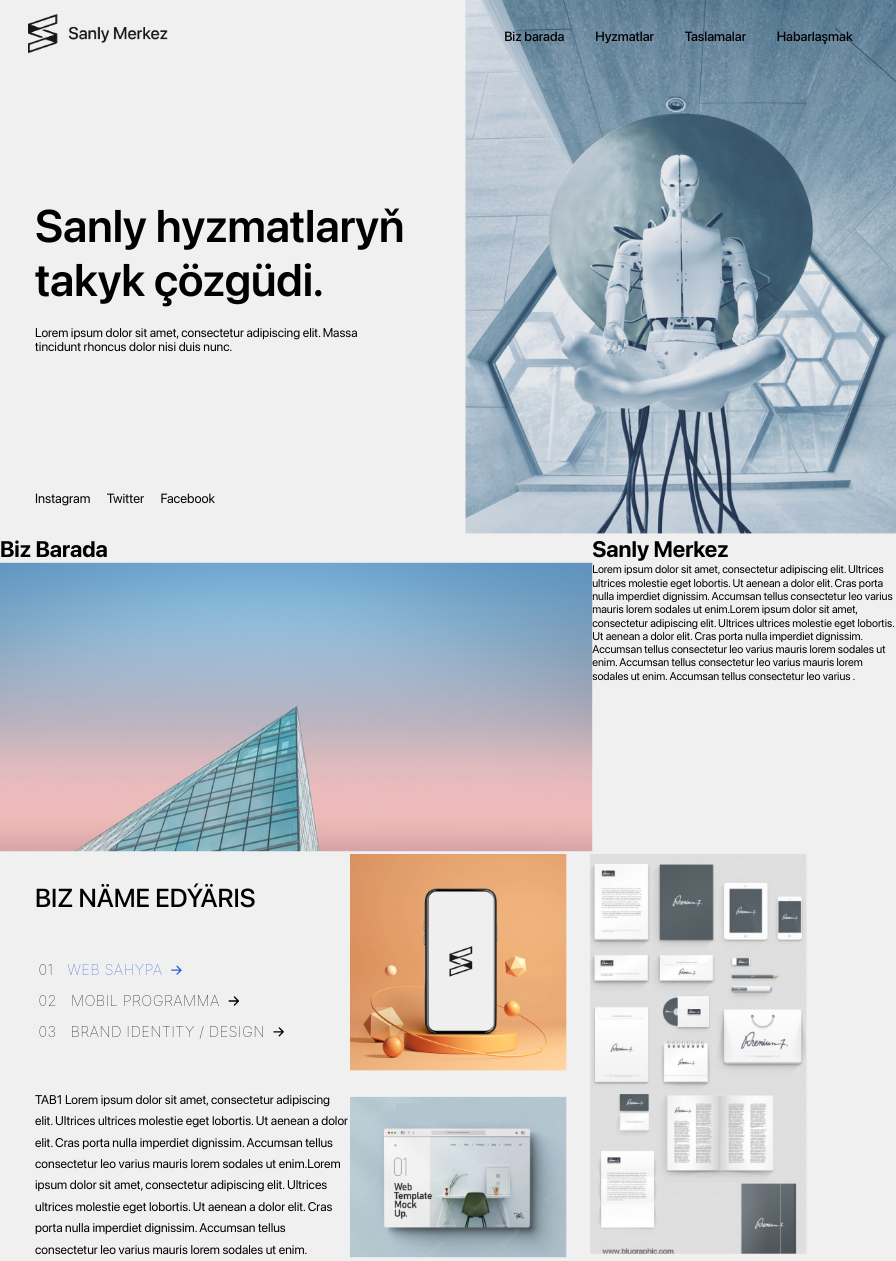
Repository: Meylis7/Sanly-Merkez-Web
Page: main.html
An editor plug-in stored every save of this project. The page is shown before and after the next save, followed by the edit.
The browser window is 1280 px wide. The pictures show the whole page, at 70% of full size.
Some web fonts or font styles are not loaded; a fallback is used.

Above is the page before, as saved 2022-04-29 16:27:33.

### main.html
<!DOCTYPE html>
<html lang="en" dir="ltr">
  <head>
    <meta charset="utf-8">
    <meta name="viewport" content="width=device-width, initial-scale=1.0">
    <title>Sanly merkez</title>
    <link rel="stylesheet" href="./css/main.css">
  </head>
  <body>
    <div class="main-container">
      <div class="header-container">
        <header>
          <a href="#" class="brand"><img src="/assets/logo.png" alt=""></a>
          <div class="menu">
            <div class="btn">
                <svg class="close-btn" xmlns="http://www.w3.org/2000/svg" aria-hidden="true" role="img" width="1em" height="1em" preserveAspectRatio="xMidYMid meet" viewBox="0 0 20 20"><path fill="currentColor" fill-rule="evenodd" d="M4.293 4.293a1 1 0 0 1 1.414 0L10 8.586l4.293-4.293a1 1 0 1 1 1.414 1.414L11.414 10l4.293 4.293a1 1 0 0 1-1.414 1.414L10 11.414l-4.293 4.293a1 1 0 0 1-1.414-1.414L8.586 10L4.293 5.707a1 1 0 0 1 0-1.414Z" clip-rule="evenodd"/></svg>
            </div>
            <a href="#">Biz barada</a>
            <a href="#">Hyzmatlar</a>
            <a href="#">Taslamalar</a>
            <a href="#">Habarlaşmak</a>
          </div>
          <div class="btn">
            <svg class="menu-btn" xmlns="http://www.w3.org/2000/svg" aria-hidden="true" role="img" width="1em" height="1em" preserveAspectRatio="xMidYMid meet" viewBox="0 0 20 20"><path fill="currentColor" fill-rule="evenodd" d="M3 5a1 1 0 0 1 1-1h12a1 1 0 1 1 0 2H4a1 1 0 0 1-1-1Zm0 5a1 1 0 0 1 1-1h12a1 1 0 1 1 0 2H4a1 1 0 0 1-1-1Zm6 5a1 1 0 0 1 1-1h6a1 1 0 1 1 0 2h-6a1 1 0 0 1-1-1Z" clip-rule="evenodd"/></svg>
          </div>
        </header>
      </div>

      <div class="home-section">
        <div class="home-container">
          <div class="home-left-content">
            <div class="home-slogan">
              <p class="slogan">Sanly hyzmatlaryň <br>
                takyk çözgüdi.</p>
                <p class="slogan-text">Lorem ipsum dolor sit amet, consectetur adipiscing elit. Massa <br> tincidunt rhoncus dolor nisi duis nunc.</p>
            </div>
            <div class="home-social-links">
              <a href="#">Instagram</a>
              <a href="#">Twitter</a>
              <a href="#">Facebook</a>
            </div>
          </div>
          <div class="home-right-content">
            <img src="./assets/mainphoto.png" alt="">
          </div>
        </div>
      </div>
      <div class="about-section">
        <div class="about-container">
          <div class="about-photo-content">
            <h1>Biz Barada</h1>
            <img src="/assets/about.png" alt="">
          </div>
          <div class="about-text-container">
            <h1>Sanly Merkez</h1>
            <p>Lorem ipsum dolor sit amet, consectetur adipiscing elit. Ultrices ultrices molestie eget lobortis. Ut aenean a dolor elit. Cras porta nulla imperdiet dignissim. Accumsan tellus consectetur leo varius mauris lorem sodales ut enim.Lorem ipsum dolor sit amet, consectetur adipiscing elit. Ultrices ultrices molestie eget lobortis. Ut aenean a dolor elit. Cras porta nulla imperdiet dignissim. Accumsan tellus consectetur leo varius mauris lorem sodales ut enim. Accumsan tellus consectetur leo varius mauris lorem sodales ut enim. Accumsan tellus consectetur leo varius .</p>
          </div>
        </div>
      </div>
      <div class="wwd-section">
        <div class="wwd-conteiner">
          <div class="tabs">
            <h1>Biz näme edýäris</h1>
            <div class="tabs__head">
              <div class="tabs__toggle is-active">
                <span class="tabs__name"><span class="tabsnumber">01</span>Web sahypa <svg xmlns="http://www.w3.org/2000/svg" aria-hidden="true" role="img" width="1em" height="1em" preserveAspectRatio="xMidYMid meet" viewBox="0 0 16 16"><path fill="currentColor" fill-rule="evenodd" d="M4 8a.5.5 0 0 1 .5-.5h5.793L8.146 5.354a.5.5 0 1 1 .708-.708l3 3a.5.5 0 0 1 0 .708l-3 3a.5.5 0 0 1-.708-.708L10.293 8.5H4.5A.5.5 0 0 1 4 8z"/></svg></span>
              </div>
              <div class="tabs__toggle">
                <span class="tabs__name"><span class="tabsnumber">02</span>Mobil programma <svg xmlns="http://www.w3.org/2000/svg" aria-hidden="true" role="img" width="1em" height="1em" preserveAspectRatio="xMidYMid meet" viewBox="0 0 16 16"><path fill="currentColor" fill-rule="evenodd" d="M4 8a.5.5 0 0 1 .5-.5h5.793L8.146 5.354a.5.5 0 1 1 .708-.708l3 3a.5.5 0 0 1 0 .708l-3 3a.5.5 0 0 1-.708-.708L10.293 8.5H4.5A.5.5 0 0 1 4 8z"/></svg></span>
              </div>
              <div class="tabs__toggle">
                <span class="tabs__name"><span class="tabsnumber">03</span>Brand identity / Design <svg xmlns="http://www.w3.org/2000/svg" aria-hidden="true" role="img" width="1em" height="1em" preserveAspectRatio="xMidYMid meet" viewBox="0 0 16 16"><path fill="currentColor" fill-rule="evenodd" d="M4 8a.5.5 0 0 1 .5-.5h5.793L8.146 5.354a.5.5 0 1 1 .708-.708l3 3a.5.5 0 0 1 0 .708l-3 3a.5.5 0 0 1-.708-.708L10.293 8.5H4.5A.5.5 0 0 1 4 8z"/></svg></span>
              </div>
            </div>
            <div class="tabs__body">
              <div class="tabs__content is-active">
                <p class="tabs__text">TAB1 Lorem ipsum dolor sit amet, consectetur adipiscing elit. Ultrices ultrices molestie eget lobortis. Ut aenean a dolor elit. Cras porta nulla imperdiet dignissim. Accumsan tellus consectetur leo varius mauris lorem sodales ut enim.Lorem ipsum dolor sit amet, consectetur adipiscing elit. Ultrices ultrices molestie eget lobortis. Ut aenean a dolor elit. Cras porta nulla imperdiet dignissim. Accumsan tellus consectetur leo varius mauris lorem sodales ut enim.</p>
              </div>
              <div class="tabs__content">
                <p class="tabs__text">TAB2 Lorem ipsum dolor sit amet, consectetur adipiscing elit. Ultrices ultrices molestie eget lobortis. Ut aenean a dolor elit. Cras porta nulla imperdiet dignissim. Accumsan tellus consectetur leo varius mauris lorem sodales ut enim.Lorem ipsum dolor sit amet, consectetur adipiscing elit. Ultrices ultrices molestie eget lobortis. Ut aenean a dolor elit. Cras porta nulla imperdiet dignissim. Accumsan tellus consectetur leo varius mauris lorem sodales ut enim.</p>
              </div>
              <div class="tabs__content">
                <p class="tabs__text">TAB3 Lorem ipsum dolor sit amet, consectetur adipiscing elit. Ultrices ultrices molestie eget lobortis. Ut aenean a dolor elit. Cras porta nulla imperdiet dignissim. Accumsan tellus consectetur leo varius mauris lorem sodales ut enim.Lorem ipsum dolor sit amet, consectetur adipiscing elit. Ultrices ultrices molestie eget lobortis. Ut aenean a dolor elit. Cras porta nulla imperdiet dignissim. Accumsan tellus consectetur leo varius mauris lorem sodales ut enim.</p>
              </div>
            </div>
          </div>
          <div class="wwd-photo-content">
            <div class="left-photo-content">
              <div class="first-photo">
                <img src="/assets/appphoto.png" alt="">
              </div>
              <div class="second-photo">
                <img src="/assets/websitephoto.png" alt="">
              </div>
            </div>
            <div class="right-photo-content">
              <img src="/assets/brandingphoto.png" alt="">
            </div>
          </div>
        </div>
      </div>

    </div>



    <script type="text/javascript">
    //javascript for navigation bar effect on scroll
    window.addEventListener("scroll", function(){
      var header = document.querySelector("header");
      header.classList.toggle('sticky', window.scrollY > 0);
    });

    //javascript for responsive navigation sidebar menu
    var menu = document.querySelector('.menu');
    var menuBtn = document.querySelector('.menu-btn');
    var closeBtn = document.querySelector('.close-btn');

    menuBtn.addEventListener("click", () => {
      menu.classList.add('active');
    });

    closeBtn.addEventListener("click", () => {
      menu.classList.remove('active');
    });
    </script>
    <script src="./js/nav.js"></script>

  </body>
</html>

### css/main.css

@font-face {
  font-family: 'SF Pro Display';
  src: url('../SFProDisplay-Medium.eot');
  src: local('../SF Pro Display Medium'), local('SFProDisplay-Medium'),
      url('../SFProDisplay-Medium.eot?#iefix') format('embedded-opentype'),
      url('../SFProDisplay-Medium.woff2') format('woff2'),
      url('../SFProDisplay-Medium.woff') format('woff'),
      url('../SFProDisplay-Medium.ttf') format('truetype');
  font-weight: 500;
  font-style: normal;
}

@font-face {
  font-family: 'SF Pro Display';
  src: url('../SFProDisplay-Heavy.eot');
  src: local('../SF Pro Display Heavy'), local('SFProDisplay-Heavy'),
      url('../SFProDisplay-Heavy.eot?#iefix') format('embedded-opentype'),
      url('../SFProDisplay-Heavy.woff2') format('woff2'),
      url('../SFProDisplay-Heavy.woff') format('woff'),
      url('../SFProDisplay-Heavy.ttf') format('truetype');
  font-weight: 900;
  font-style: normal;
}

@font-face {
  font-family: 'SF Pro Display';
  src: url('../SFProDisplay-UltralightItalic.eot');
  src: local('../SF Pro Display UltralightItalic'), local('SFProDisplay-UltralightItalic'),
      url('../SFProDisplay-UltralightItalic.eot?#iefix') format('embedded-opentype'),
      url('../SFProDisplay-UltralightItalic.woff2') format('woff2'),
      url('../SFProDisplay-UltralightItalic.woff') format('woff'),
      url('../SFProDisplay-UltralightItalic.ttf') format('truetype');
  font-weight: 200;
  font-style: italic;
}

@font-face {
  font-family: 'SF Pro Display';
  src: url('../SFProDisplay-RegularItalic.eot');
  src: local('../SF Pro Display Regular Italic'), local('SFProDisplay-RegularItalic'),
      url('../SFProDisplay-RegularItalic.eot?#iefix') format('embedded-opentype'),
      url('vSFProDisplay-RegularItalic.woff2') format('woff2'),
      url('../SFProDisplay-RegularItalic.woff') format('woff'),
      url('../SFProDisplay-RegularItalic.ttf') format('truetype');
  font-weight: normal;
  font-style: italic;
}

@font-face {
  font-family: 'SF Pro Display';
  src: url('../SFProDisplay-Thin.eot');
  src: local('../SF Pro Display Thin'), local('SFProDisplay-Thin'),
      url('../SFProDisplay-Thin.eot?#iefix') format('embedded-opentype'),
      url('../SFProDisplay-Thin.woff2') format('woff2'),
      url('../SFProDisplay-Thin.woff') format('woff'),
      url('../SFProDisplay-Thin.ttf') format('truetype');
  font-weight: 100;
  font-style: normal;
}

@font-face {
  font-family: 'SF Pro Display';
  src: url('../SFProDisplay-Light.eot');
  src: local('../SF Pro Display Light'), local('SFProDisplay-Light'),
      url('../SFProDisplay-Light.eot?#iefix') format('embedded-opentype'),
      url('../SFProDisplay-Light.woff2') format('woff2'),
      url('../SFProDisplay-Light.woff') format('woff'),
      url('../SFProDisplay-Light.ttf') format('truetype');
  font-weight: 200;
  font-style: normal;
}

@font-face {
  font-family: 'SF Pro Display';
  src: url('../SFProDisplay-BlackItalic.eot');
  src: local('../SF Pro Display Black Italic'), local('SFProDisplay-BlackItalic'),
      url('../SFProDisplay-BlackItalic.eot?#iefix') format('embedded-opentype'),
      url('../SFProDisplay-BlackItalic.woff2') format('woff2'),
      url('../SFProDisplay-BlackItalic.woff') format('woff'),
      url('../SFProDisplay-BlackItalic.ttf') format('truetype');
  font-weight: 900;
  font-style: italic;
}

@font-face {
  font-family: 'SF Pro Display';
  src: url('../SFProDisplay-Bold.eot');
  src: local('../SF Pro Display Bold'), local('SFProDisplay-Bold'),
      url('../SFProDisplay-Bold.eot?#iefix') format('embedded-opentype'),
      url('../SFProDisplay-Bold.woff2') format('woff2'),
      url('../SFProDisplay-Bold.woff') format('woff'),
      url('../SFProDisplay-Bold.ttf') format('truetype');
  font-weight: bold;
  font-style: normal;
}

@font-face {
  font-family: 'SF Pro Display';
  src: url('../SFProDisplay-Black.eot');
  src: local('../SF Pro Display Black'), local('SFProDisplay-Black'),
      url('../SFProDisplay-Black.eot?#iefix') format('embedded-opentype'),
      url('../SFProDisplay-Black.woff2') format('woff2'),
      url('../SFProDisplay-Black.woff') format('woff'),
      url('../SFProDisplay-Black.ttf') format('truetype');
  font-weight: 900;
  font-style: normal;
}

@font-face {
  font-family: 'SF Pro Display';
  src: url('../SFProDisplay-SemiboldItalic.eot');
  src: local('../SF Pro Display SemiboldItalic'), local('SFProDisplay-SemiboldItalic'),
      url('../SFProDisplay-SemiboldItalic.eot?#iefix') format('embedded-opentype'),
      url('../SFProDisplay-SemiboldItalic.woff2') format('woff2'),
      url('../SFProDisplay-SemiboldItalic.woff') format('woff'),
      url('../SFProDisplay-SemiboldItalic.ttf') format('truetype');
  font-weight: 600;
  font-style: italic;
}

@font-face {
  font-family: 'SF Pro Display';
  src: url('../SFProDisplay-Ultralight.eot');
  src: local('../SF Pro Display Ultralight'), local('SFProDisplay-Ultralight'),
      url('../SFProDisplay-Ultralight.eot?#iefix') format('embedded-opentype'),
      url('../SFProDisplay-Ultralight.woff2') format('woff2'),
      url('../SFProDisplay-Ultralight.woff') format('woff'),
      url('../SFProDisplay-Ultralight.ttf') format('truetype');
  font-weight: 200;
  font-style: normal;
}

@font-face {
  font-family: 'SF Pro Display';
  src: url('../SFProDisplay-LightItalic.eot');
  src: local('../SF Pro Display LightItalic'), local('SFProDisplay-LightItalic'),
      url('../SFProDisplay-LightItalic.eot?#iefix') format('embedded-opentype'),
      url('../SFProDisplay-LightItalic.woff2') format('woff2'),
      url('../SFProDisplay-LightItalic.woff') format('woff'),
      url('../SFProDisplay-LightItalic.ttf') format('truetype');
  font-weight: 200;
  font-style: italic;
}

@font-face {
  font-family: 'SF Pro Display';
  src: url('../SFProDisplay-ThinItalic.eot');
  src: local('../SF Pro Display ThinItalic'), local('SFProDisplay-ThinItalic'),
      url('../SFProDisplay-ThinItalic.eot?#iefix') format('embedded-opentype'),
      url('../SFProDisplay-ThinItalic.woff2') format('woff2'),
      url('../SFProDisplay-ThinItalic.woff') format('woff'),
      url('../SFProDisplay-ThinItalic.ttf') format('truetype');
  font-weight: 100;
  font-style: italic;
}

@font-face {
  font-family: 'SF Pro Display';
  src: url('../SFProDisplay-MediumItalic.eot');
  src: local('../SF Pro Display MediumItalic'), local('SFProDisplay-MediumItalic'),
      url('../SFProDisplay-MediumItalic.eot?#iefix') format('embedded-opentype'),
      url('../SFProDisplay-MediumItalic.woff2') format('woff2'),
      url('../SFProDisplay-MediumItalic.woff') format('woff'),
      url('../SFProDisplay-MediumItalic.ttf') format('truetype');
  font-weight: 500;
  font-style: italic;
}

@font-face {
  font-family: 'SF Pro Display';
  src: url('../SFProDisplay-Semibold.eot');
  src: local('SF Pro Display Semibold'), local('SFProDisplay-Semibold'),
      url('../SFProDisplay-Semibold.eot?#iefix') format('embedded-opentype'),
      url('../SFProDisplay-Semibold.woff2') format('woff2'),
      url('../SFProDisplay-Semibold.woff') format('woff'),
      url('../SFProDisplay-Semibold.ttf') format('truetype');
  font-weight: 600;
  font-style: normal;
}

@font-face {
  font-family: 'SF Pro Display';
  src: url('../SFProDisplay-HeavyItalic.eot');
  src: local('../SF Pro Display HeavyItalic'), local('SFProDisplay-HeavyItalic'),
      url('../SFProDisplay-HeavyItalic.eot?#iefix') format('embedded-opentype'),
      url('../SFProDisplay-HeavyItalic.woff2') format('woff2'),
      url('../SFProDisplay-HeavyItalic.woff') format('woff'),
      url('../SFProDisplay-HeavyItalic.ttf') format('truetype');
  font-weight: 900;
  font-style: italic;
}

@font-face {
  font-family: 'SF Pro Display';
  src: url('../SFProDisplay-Regular.eot');
  src: local('../SF Pro Display Regular'), local('SFProDisplay-Regular'),
      url('../SFProDisplay-Regular.eot?#iefix') format('embedded-opentype'),
      url('../SFProDisplay-Regular.woff2') format('woff2'),
      url('../SFProDisplay-Regular.woff') format('woff'),
      url('../SFProDisplay-Regular.ttf') format('truetype');
  font-weight: normal;
  font-style: normal;
}

@font-face {
  font-family: 'SF Pro Display';
  src: url('../SFProDisplay-BoldItalic.eot');
  src: local('../SF Pro Display BoldItalic'), local('SFProDisplay-BoldItalic'),
      url('../SFProDisplay-BoldItalic.eot?#iefix') format('embedded-opentype'),
      url('../SFProDisplay-BoldItalic.woff2') format('woff2'),
      url('../SFProDisplay-BoldItalic.woff') format('woff'),
      url('../SFProDisplay-BoldItalic.ttf') format('truetype');
  font-weight: bold;
  font-style: italic;
}


*{
  margin: 0;
  padding: 0;
  box-sizing: border-box;
  font-family: "SF Pro Display";

}
a{
  text-decoration: none;
}

body{
  min-height: 100vh;
  background: #F0F0F0;
}
header{
  z-index: 999;
  position: fixed;
  top: 0;
  left: 0;
  width: 100%;
  display: flex;
  justify-content: space-between;
  align-items: center;
  padding: 20px 40px;
  transition: 0.6s;
  transform: translate(calc(50vw - 50%));
}

header.sticky{
  background: #ffffff;
  padding: 15px 50px;

}

header .brand{
  color: #fff;
  font-size: 30px;
  font-weight: 700;
  text-transform: uppercase;
  text-decoration: none;
  letter-spacing: 2px;
}

header .menu{
  position: relative;
  display: flex;
  justify-content: center;
  align-items: center;
}

header .menu a{
  color: rgb(0, 0, 0);
  font-size: 19px;
  font-weight: 500;
  text-decoration: none;
  padding: 7px 12px;
  margin: 0 10px;
  border-radius: 20px;
  transition: 0.3s;
  transition-property: color, background;
}

header .menu a:hover{
  color: #000;
  background: #fff;
}

header .btn{
  color: rgb(94, 0, 0);
  font-size: 25px;
  cursor: pointer;
  display: none;
}
/* .main-container{
    max-width: 1240px;
    height: 100%;
    margin: 0 auto;
} */
.brand{
  width: 200px;
}
.brand img{
  width: 100%;
}
.home-container{
  display: flex;
  width: 100%;

}
.home-left-content,.home-right-content{
  flex: 1;
}
.home-left-content{
  display: flex;
  flex-direction: column;
  justify-content: space-between;
  padding-left: 50px;
}
.home-right-content img{
  width: 100%;
}
.slogan{
  font-size: 65px;
  font-family: "SF Pro Display";
  font-weight: 600;
  margin-top: 46%;
  margin-bottom: 25px;
}
.slogan-text{
  font-size: 18px;
  font-family: "SF Pro Display";
}
.home-social-links{
  margin-bottom: 7%;
}
.home-social-links a {
  color: #000;
  margin-right: 20px;
  font-size: 19px;
}

@media (max-width: 1060px){
  header .btn{
    display: block;
  }

  header .menu{
    position: fixed;
    background: #ffffff;
    flex-direction: column;
    width: 100%;
    height: 100vh;
    top: 0;
    right: -100%;
    padding: 80px 50px;
    transition: 0.5s;
    transition-property: right;
  }

  header .menu.active{
    right: 0;
  }

  header .menu .close-btn{
    position: absolute;
    top: 0;
    left: 0;
    margin: 25px;
  }

  header .menu a{
    display: block;
    font-size: 20px;
    margin: 20px;
    padding: 0 15px;
  }
}

.about-container{
  display: flex;
}
.about-photo-content h1{

}



.tabs {
  display: flex;
  flex-direction: column;
  max-width: 450px;
  width: 100%;

}
.tabs h1{
  font-size: 37px;
  font-weight: 500;
  text-transform: uppercase;
  margin-bottom: 60px;
  margin-top: 40px;
}

.tabs__head {
  display: flex;
  flex-direction: column;
  justify-content: space-between;
  margin-bottom: 60px;
}

.tabs__toggle {
  margin: 0 5px;
  padding: 7px 0;
  cursor: pointer;
  transition: .5s;
}

.tabs__name {
  font-weight: 500;
  font-size: 21px;
  color: #000000;
  display: flex;
  align-items: center;
  font-family: "SF Pro Display";
  font-weight: 100;
  text-transform: uppercase;
  letter-spacing: 0.5px;
}
.tabsnumber{
  margin-right: 20px;
  color: rgb(0, 0, 0);
}
.tabs__name svg{
  height: 30px;
  width: 40px;
}

.tabs__body {
  position: relative;
}

.tabs__title {
  font-weight: 600;
  font-size: 24px;
  color: #000000;
  margin-bottom: 20px;
  text-align: center;
}

.tabs__text {
  font-size: 18px;
  line-height: 1.7;
  color: #000000;

}

.tabs__content {
  display: none;
}
.tabs__toggle.is-active .tabs__name {
  color: #2a61d8;
}

.tabs__content.is-active {
  display: block;
}
.wwd-conteiner{
  display: flex;
  padding-left: 50px;
  padding-right: 10%;
  justify-content: space-between;
}
.wwd-photo-content{
  display: flex;
  max-width: 700px;
}
.wwd-photo-content img{
  width: 100%;
}
.first-photo{
  margin-bottom: 34px;
}
.left-photo-content{
  margin-right: 34px;
}

### js/nav.js
let tabs = document.querySelectorAll('.tabs__toggle'),
    contents = document.querySelectorAll('.tabs__content');

tabs.forEach((tab, index) => {
    tab.addEventListener('click', () => {
        contents.forEach((content) => {
            content.classList.remove('is-active');
        });
        tabs.forEach((tab) => {
            tab.classList.remove('is-active');
        });
        contents[index].classList.add('is-active');
        tabs[index].classList.add('is-active');
    });
});

After the next save:
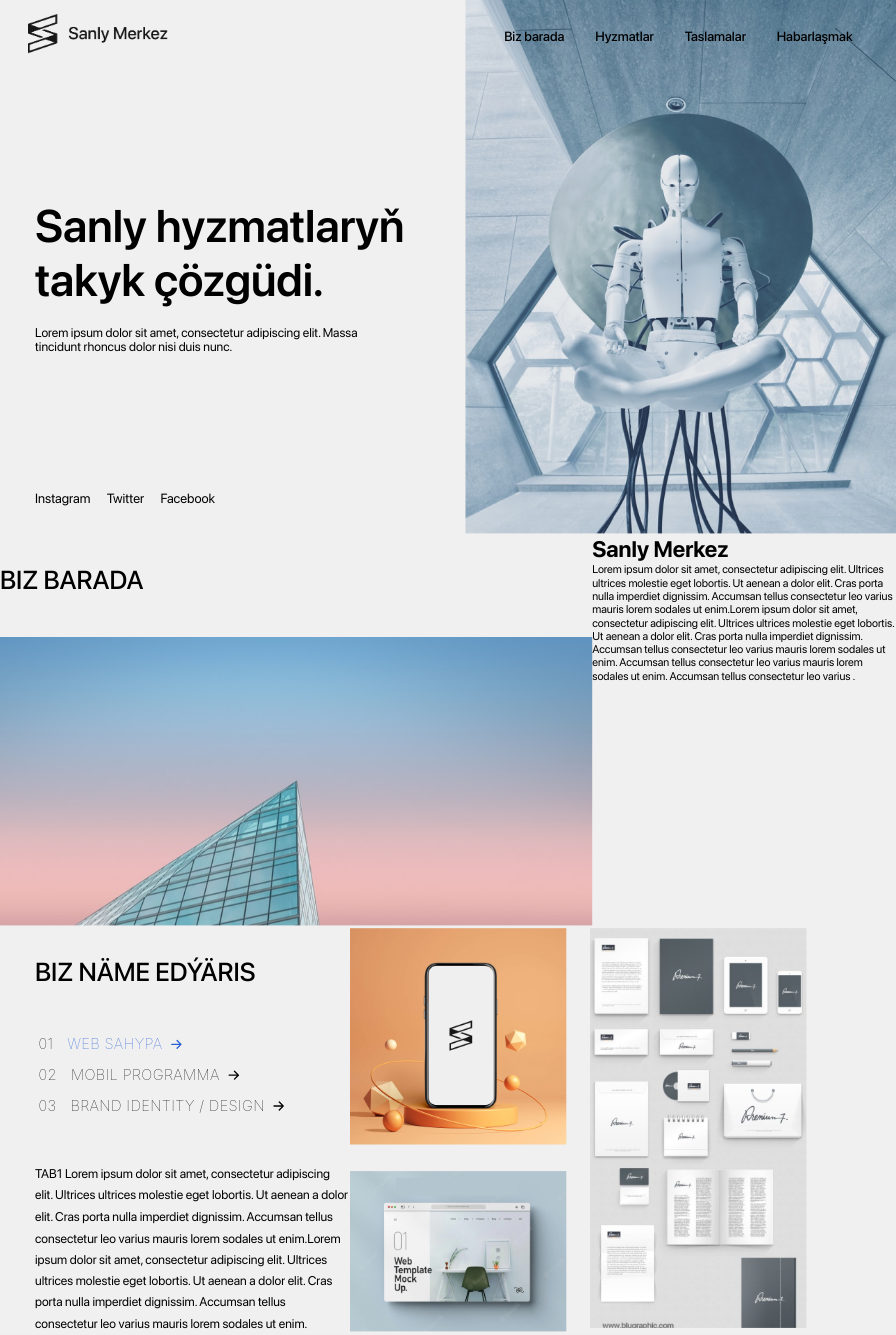
Saved 10 s later.
--- a/css/main.css
+++ b/css/main.css
@@ -379,7 +379,11 @@
   display: flex;
 }
 .about-photo-content h1{
-
+  font-size: 37px;
+  font-weight: 500;
+  text-transform: uppercase;
+  margin-bottom: 60px;
+  margin-top: 40px;
 }
 
 
